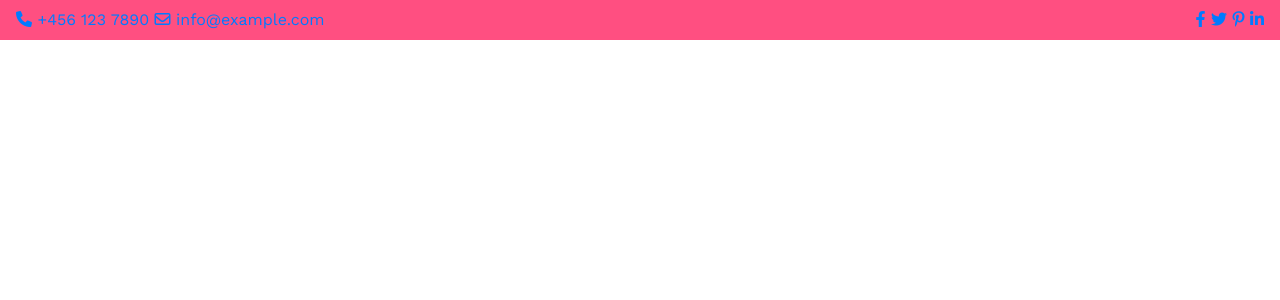
Repository: nguyenbinhminh/instruction_clone
Page: index.html
The author's editor kept a copy of each file at every save. The page is drawn from the files as they stood at one save, then again after the next save.
The browser window is 1280 px wide. The pictures show the whole page.

Above is the page before, as saved 2021-09-29 21:41:41.

### index.html
<!DOCTYPE html>
<html lang="en">
	<head>
		<meta charset="UTF-8" />
		<meta http-equiv="X-UA-Compatible" content="IE=edge" />
		<meta name="viewport" content="width=device-width, initial-scale=1.0" />
		<title>Instruction</title>

		<!-- FONT GOOGLE -->
		<link rel="preconnect" href="https://fonts.googleapis.com" />
		<link rel="preconnect" href="https://fonts.gstatic.com" crossorigin />
		<link
			href="https://fonts.googleapis.com/css2?family=Work+Sans:ital,wght@0,100;0,200;0,300;0,400;0,500;0,600;0,700;0,800;0,900;1,100;1,200;1,300;1,400;1,500;1,600;1,700;1,800;1,900&display=swap"
			rel="stylesheet"
		/>

		<!-- FONT AWESOME -->
		<link
			rel="stylesheet"
			href="https://cdnjs.cloudflare.com/ajax/libs/font-awesome/6.0.0-beta2/css/all.min.css"
			integrity="sha512-YWzhKL2whUzgiheMoBFwW8CKV4qpHQAEuvilg9FAn5VJUDwKZZxkJNuGM4XkWuk94WCrrwslk8yWNGmY1EduTA=="
			crossorigin="anonymous"
			referrerpolicy="no-referrer"
		/>

		<!-- BOOTTRAP -->
		<link rel="stylesheet" href="./css/bootstrap.min.css" />

		<!-- MAIN CSS -->
		<link rel="stylesheet" href="./css/index.css" />
	</head>
	<body>
		<!-- HEADER -->
		<header>
			<div class="header__top d-flex justify-content-between container-fluid">
				<div class="header__left">
					<a href="tel:+456 123 7890">
						<i class="fas fa-phone"></i>
						<span>+456 123 7890</span>
					</a>
					<a href="mailto:info@example.com">
						<i class="far fa-envelope"></i>
						<span>info@example.com</span>
					</a>
				</div>
				<div class="header__right">
					<a href="#">
						<i class="fab fa-facebook-f"></i>
					</a>
					<a href="#">
						<i class="fab fa-twitter"></i>
					</a>
					<a href="#">
						<i class="fab fa-pinterest-p"></i>
					</a>
					<a href="#">
						<i class="fab fa-linkedin-in"></i>
					</a>
				</div>
			</div>
		</header>
		<!-- CAROUSEL -->
		<section class="instruction-carousel"></section>
		<!-- WELCOM -->
		<section class="welcome"></section>
		<!-- OUR STATS -->
		<section class="stats"></section>
		<!-- OFFER -->
		<section class="offer"></section>
		<!-- Testimonials -->
		<section class="testimonials"></section>
		<!-- NEWS -->
		<section class="news"></section>
		<!-- FOOTER -->
		<footer></footer>

		<!-- jQuery -->
		<script src="./js/jquery-3.6.0.min.js"></script>
		<!-- BOOTSTRAP -->
		<script src="./js/bootstrap.bundle.min.js"></script>
	</body>
</html>

### css/index.css
html {
	box-sizing: border-box;
	font-size: 62.5%;
}
body {
	font-size: 1.6rem;
	font-family: "Work Sans", sans-serif;
	font-weight: normal;
}
/* HEADER */
.header__top {
	background-color: #ff4f81;
	padding: 0.8rem 1.6rem;
}

Loaded but not shown: css/bootstrap.min.css (library); js/jquery-3.6.0.min.js (library); js/bootstrap.bundle.min.js (library)

After the next save:
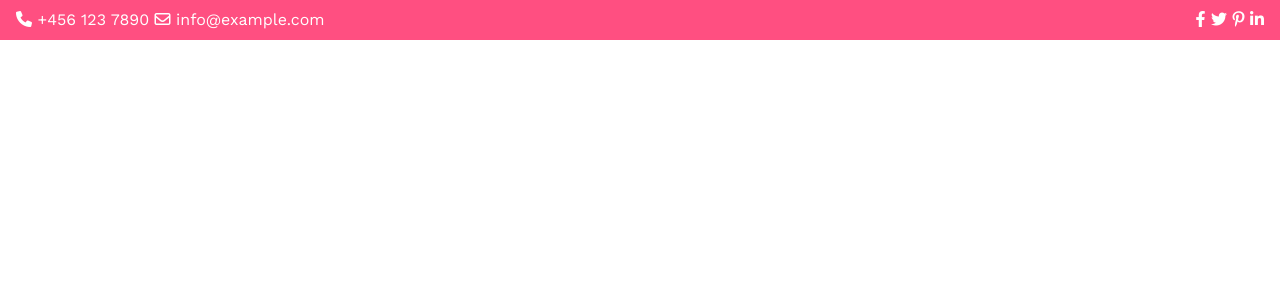
Saved 57 s later.
--- a/css/index.css
+++ b/css/index.css
@@ -12,3 +12,7 @@
 	background-color: #ff4f81;
 	padding: 0.8rem 1.6rem;
 }
+.header__top a {
+	color: white;
+	text-decoration: none;
+}
